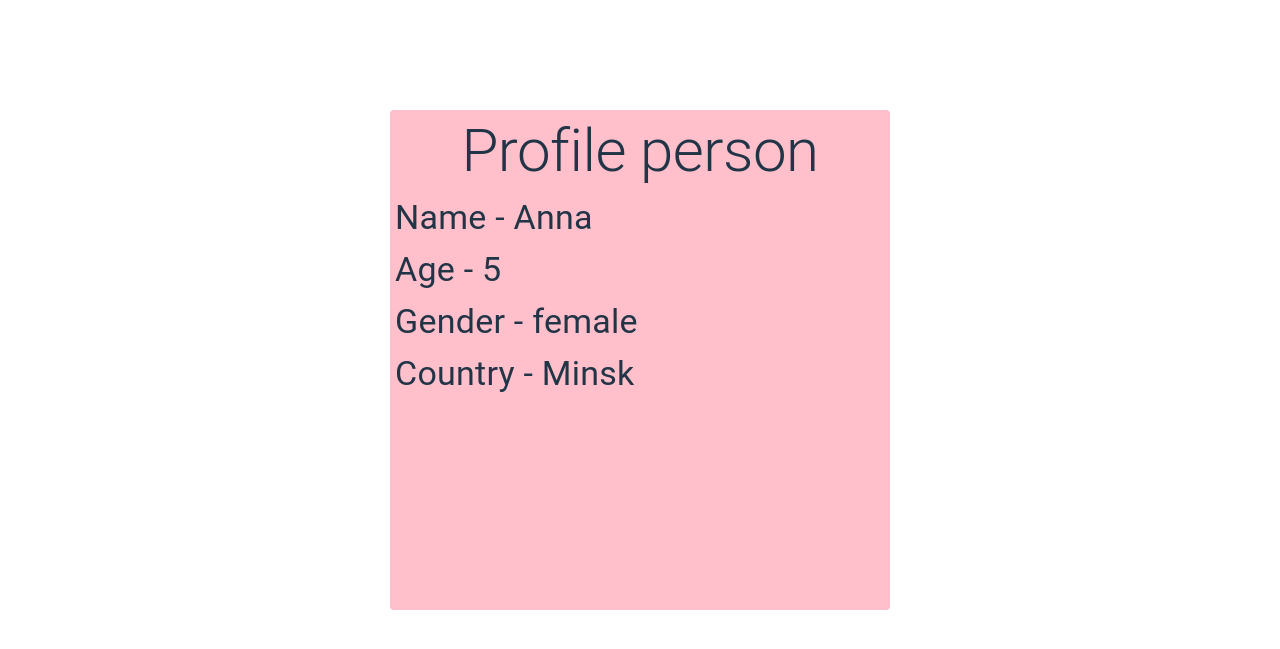
Repository: savannaaaas/props
Page: /
The author's editor kept a copy of each file at every save. The page is drawn from the files as they stood at one save, then again after the next save.
The browser window is 1280 px wide. The pictures show the whole page.
The project was rebuilt for these pictures with package versions that can differ from the ones it lists, and the page was loaded fresh each time. Also part of the build but not shown: vite.config.js.

Above is the page before, as saved 2025-07-07 23:55:37.

After the next save:
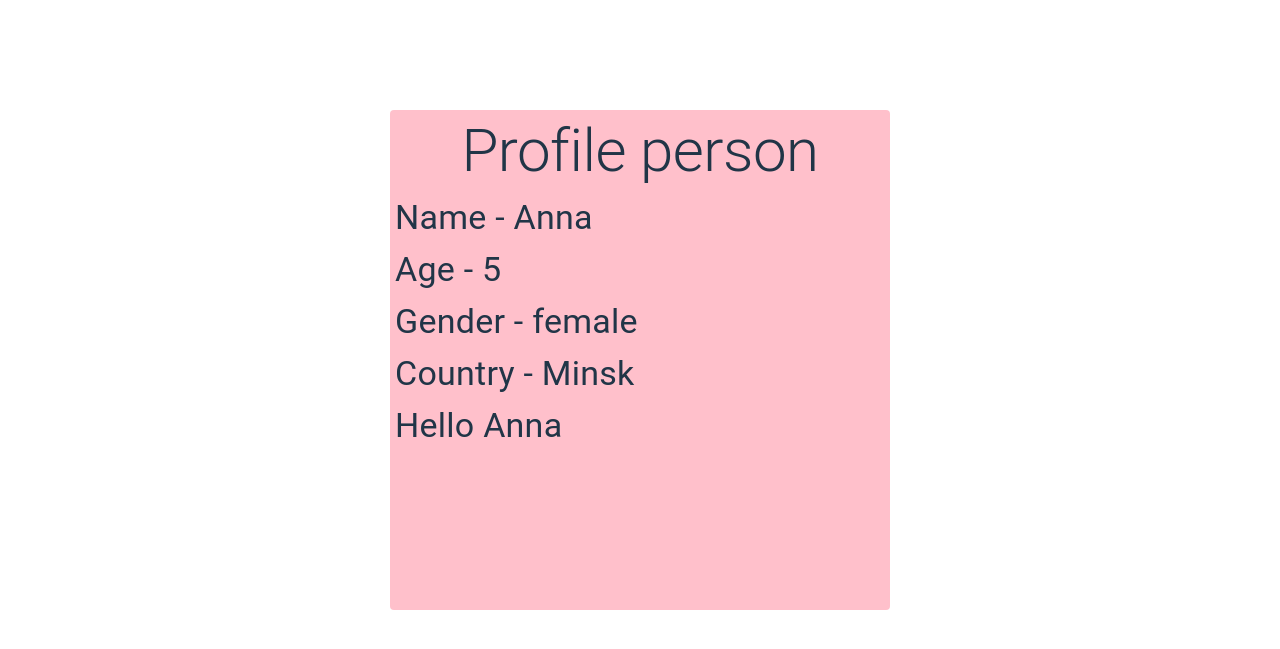
Saved 21 s later.
--- a/src/components/Person1.jsx
+++ b/src/components/Person1.jsx
@@ -17,6 +17,9 @@ export const Person1 = ({ name, age, men, obj, sayHello }) => {
       <Typography variant="h4" align="left" style={{ padding: "5px" }}>
         Country - {obj.country}
       </Typography>
+      <Typography variant="h4" align="left" style={{ padding: "5px" }}>
+        {sayHello(name)}
+      </Typography>
     </>
   );
 };
